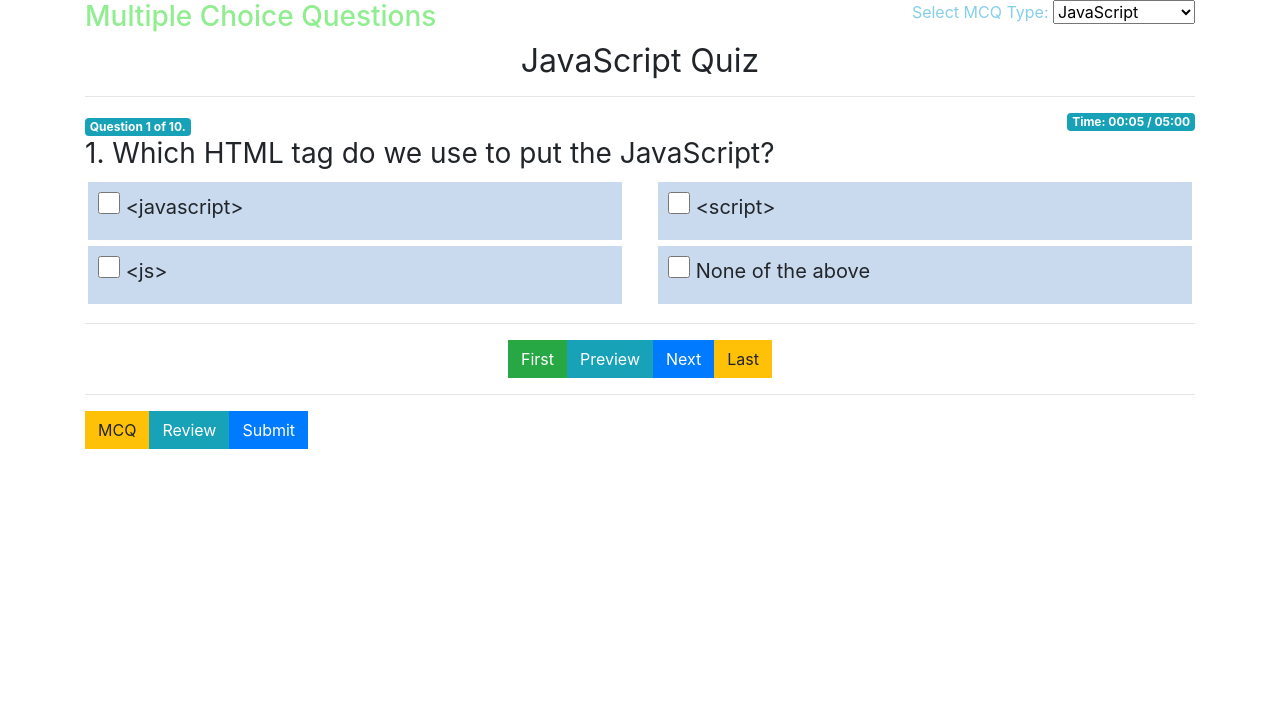
Repository: 2016272041/Online-Ass-Test1-
Page: /
These files come from the project's save history. The page is drawn as it stood at one moment and after a run of saves; the edit follows.
The browser window is 1280 px wide. The pictures show the whole page.
The project was rebuilt for these pictures with package versions that can differ from the ones it lists, and the page was loaded fresh each time. Also part of the build but not shown: angular.json.

Above is the page before, as saved 2019-07-23 16:21:24.

After the next 2 saves:
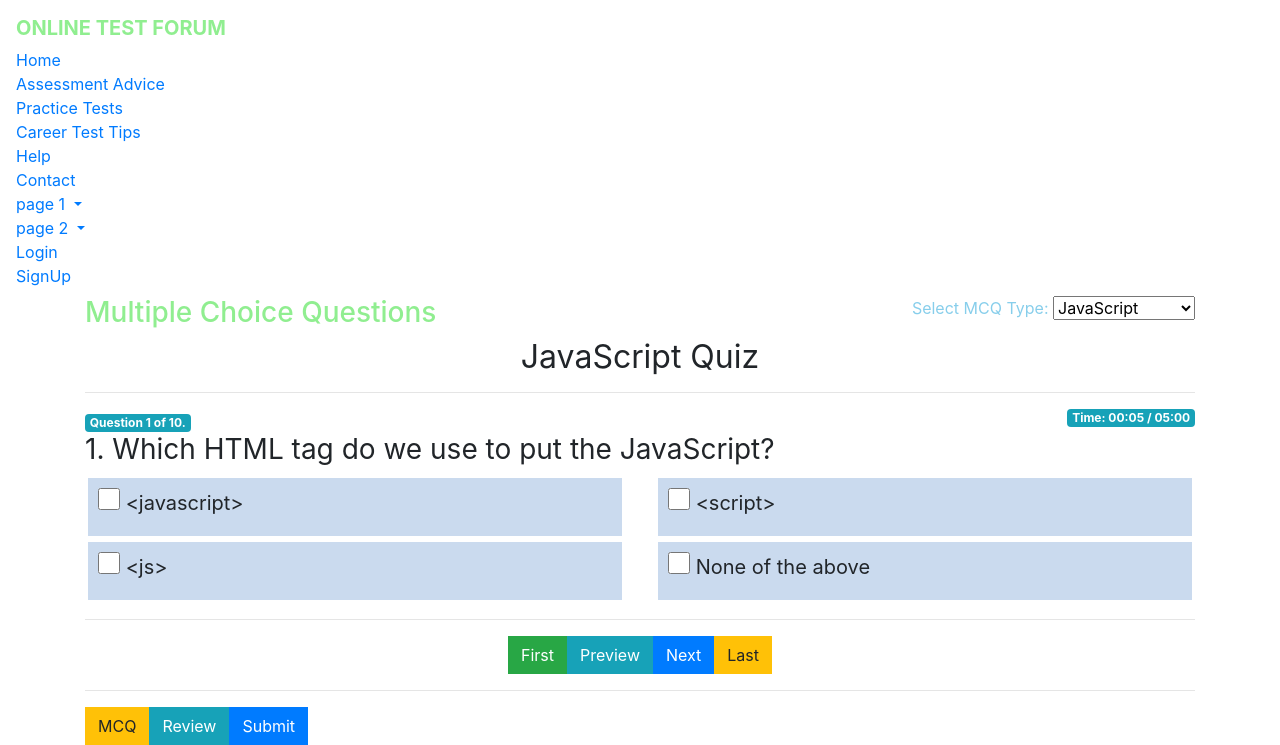
The 2 saves are shown as one change because they came seconds apart.
The last was saved 67 s later.
--- a/src/app/app.component.html
+++ b/src/app/app.component.html
@@ -1,3 +1,34 @@
+<nav class="navbar navbar-inverse">
+  <div class="contanier-fluid">
+    <div class="navbar-header">
+      <a class="navbar-brand" href="#"><b><font color = 'lightgreen'>ONLINE TEST FORUM</font></b></a>
+    </div>
+    <ul class="nav navbar-nav">
+      <li class="active"><a href="#"> Home </a></li>
+      <li Class="active"><a href="#"> Assessment Advice </a></li>
+      <li Class="active"><a href="#"> Practice Tests </a></li>
+      <li Class="active"><a href="https://www.recruiter.com/career-test.html"> Career Test Tips </a></li>
+      <li Class="active"><a href="#"> Help </a></li>
+      <li class="active"><a href="#"> Contact </a></li>
+      <li class="dropdown"><a class="dropdown-toggle" data-toggle="dropdown" href="#"> page 1 <span class="caret"></span></a>
+        <ul class="dropdown-menu">
+          <li><a href="#"> Page 1-1 </a></li>
+          <li><a href="#"> Page 1-2 </a></li>
+          <li><a href="#"> page 1-3 </a></li>
+        </ul>
+      </li>
+      <li class="dropdown"><a class="dropdown-toggle" dtat-toggle="dropdown" href="#"> page 2 <span class="caret"></span></a></li>
+        <ul class="nav navbar-nav navbar-right">
+          <li><a href="http://127.0.0.1:8080/login"><span class="glyphicon glyphicon-user"></span> Login </a></li>
+          <li><a href="http://127.0.0.1:8080/signup"><span class="glyphicon glyphicon-user"></span> SignUp </a></li>
+        </ul>
+    </ul>
+  </div>
+</nav>
+
+
+
+
 
 <div class="container">
   <app-quiz></app-quiz>
